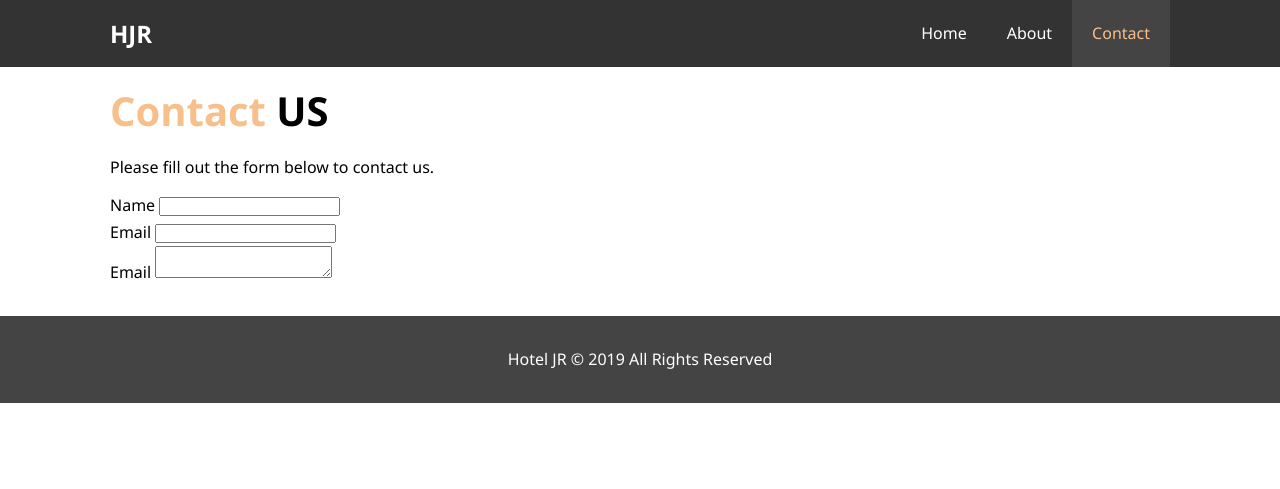
Repository: dimlutine/Hotel-Project
Page: contact.html
An editor plug-in stored every save of this project. The page is shown before and after the next save, followed by the edit.
The browser window is 1280 px wide. The pictures show the whole page.
Some web libraries are served in a nearby version.

Above is the page before, as saved 2019-07-05 23:07:14.

After the next save:
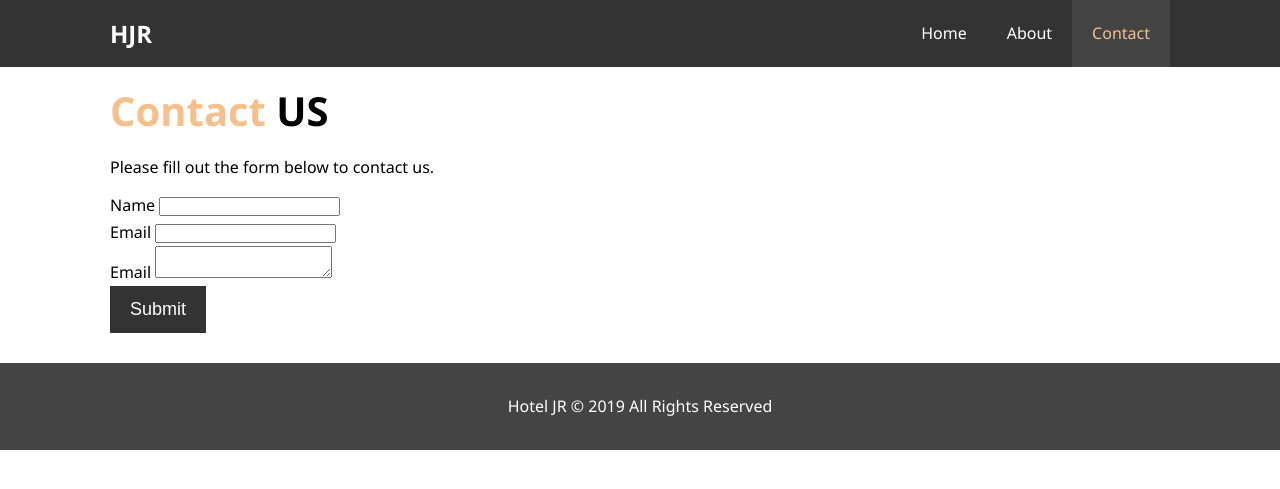
Saved 22 s later.
--- a/contact.html
+++ b/contact.html
@@ -46,6 +46,7 @@
                     <label for="message">Email</label>
                     <textarea type="text" name="message" id="message"></textarea>
                 </div>
+                <button type="submit" class="btn">Submit</button>
             </form>
         </div>
     </section>
